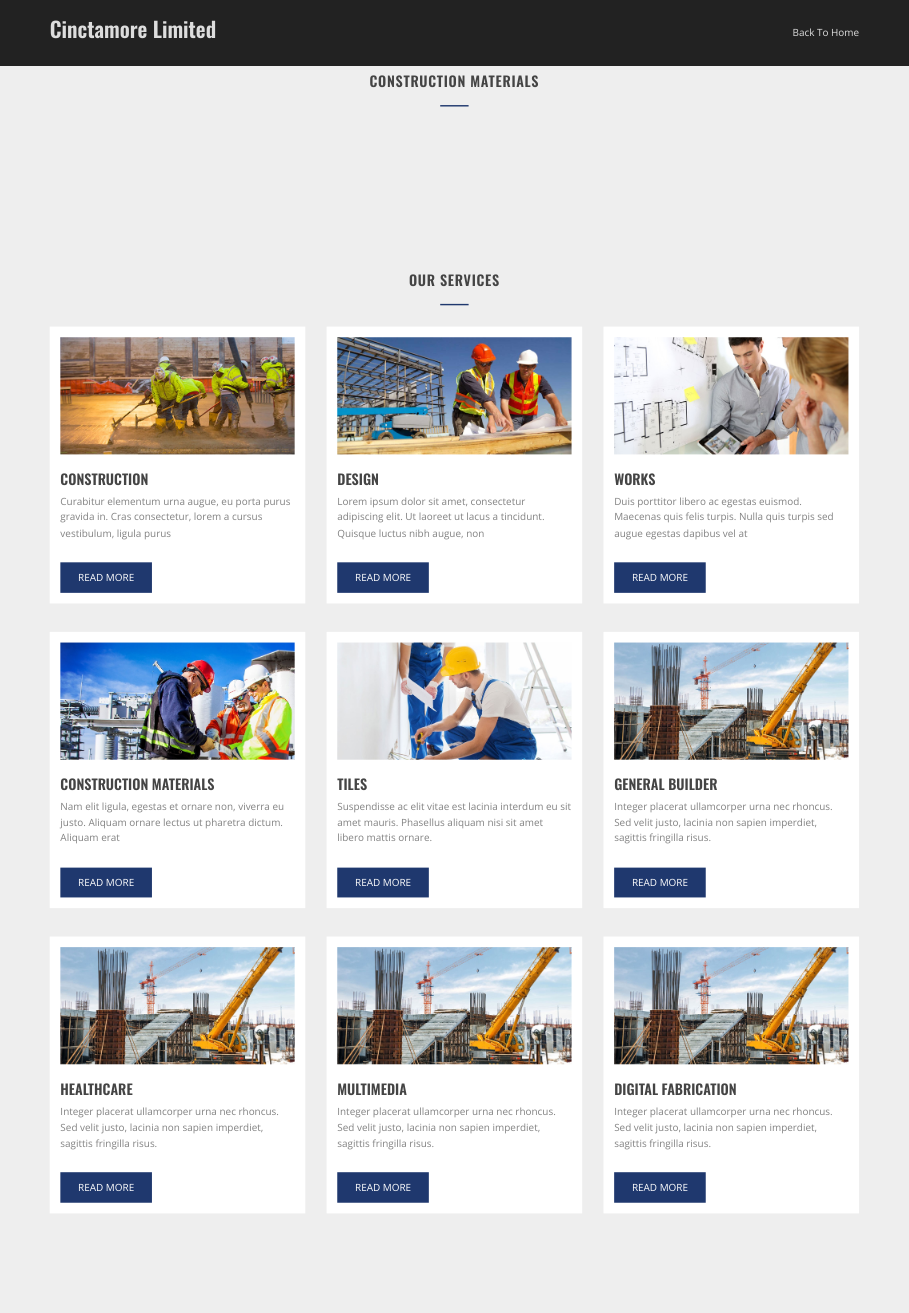
Repository: techieaccl/techieaccl.github.io
Page: construction-materials.html
The author's editor kept a copy of each file at every save. The page is drawn from the files as they stood at one save, then again after the next save.
The browser window is 1280 px wide. The pictures show the whole page, at 71% of full size.
Some web fonts or font styles are not loaded; a fallback is used.

Above is the page before, as saved 2021-09-07 08:55:28.

### construction-materials.html
<!DOCTYPE html>
<html>
    <head>
		<title>Construction Materials</title>
		<meta charset="utf-8">
		<meta name="viewport" content="width=device-width, initial-scale=1.0, maximum-scale=1.0, user-scalable=no">
		<meta name="format-detection" content="telephone=no">
		<meta name="apple-mobile-web-app-capable" content="yes">
		<!-- Fonts-->
		<link rel="stylesheet" type="text/css" href="assets/fonts/fontawesome/font-awesome.min.css">
		<link rel="stylesheet" type="text/css" href="assets/fonts/pe-icon/pe-icon.css">
		<!-- Vendors-->
		<link rel="stylesheet" type="text/css" href="assets/vendors/bootstrap/grid.css">
		<link rel="stylesheet" type="text/css" href="assets/vendors/magnific-popup/magnific-popup.min.css">
		<link rel="stylesheet" type="text/css" href="assets/vendors/swiper/swiper.css">
		<!-- App & fonts-->
		<link rel="stylesheet" type="text/css" href="https://fonts.googleapis.com/css?family=Open+Sans:400,700|Oswald:400,600|Playfair+Display:400i">
		<link rel="stylesheet" type="text/css" href="assets/css/main.css"><!--[if lt IE 9]>
			<script src="https://oss.maxcdn.com/libs/html5shiv/3.7.0/html5shiv.js"></script>
		<![endif]-->
	</head>

    <body>
                <!-- preload -->
				<div class="preload" id="preload">
					<div class="cssload-spin-box"></div>
				</div><!-- End / preload -->


        <div class="page-wrap">
            <!-- header -->
			<header class="header header-fixheight header--fixed">
				<div class="container">
					<div class="header__inner">
						<div class="header-logo">
							<!-- <a href="home.html"><img src="assets/img/logo_white.png" alt=""/></a> -->
							<h1><strong>Cinctamore Limited</strong></h1>
						</div>
						<!-- raising-menu -->
                        <ul class="raising-menu-generic">
                            <li><a href="index.html">Back To Home</a>
                            </li>
                        </ul><!-- raising-menu -->

					</div>
				</div>
			</header><!-- End / header -->

            <!-- Content-->
			<div class="md-content">
                <!-- Section -->
				<section class="md-section">
					<div class="container">
						<div class="row">
							<div class="col-lg-8 col-xs-offset-0 col-sm-offset-0 col-md-offset-0 col-lg-offset-2 ">

								<!-- sec-title -->
								<div class="sec-title sec-title__lg-title md-text-center">
									<h2 class="sec-title__title">Construction Materials</h2><span class="sec-title__divider"></span>
								</div><!-- End / sec-title -->

							</div>
						</div>
					</div>
				</section>
				<!-- End / Section -->

				<!-- Section -->
				<section class="md-section" id="id3">
					<div class="container">
						<div class="row">
							<div class="col-lg-8 col-xs-offset-0 col-sm-offset-0 col-md-offset-0 col-lg-offset-2 ">

								<!-- sec-title -->
								<div class="sec-title sec-title__lg-title md-text-center">
									<h2 class="sec-title__title">Our services</h2><span class="sec-title__divider"></span>
								</div><!-- End / sec-title -->

							</div>
						</div>
						<div class="row row-eq-height">
							<div class="col-sm-6 col-md-6 col-lg-4 ">

								<!-- services -->
								<div class="services">
									<div class="services__img"><img src="assets/img/service/1.jpg" alt=""/></div>
									<h2 class="services__title"><a href="construction.html">Construction</a></h2>
									<div class="services__desc">Curabitur elementum urna augue, eu porta purus gravida in. Cras consectetur, lorem a cursus vestibulum, ligula purus</div>

									<!-- btn -->
									<a class="btn btn btn-primary btn-custom" href="construction.html">read more
									</a><!-- End / btn -->

								</div><!-- End / services -->

							</div>
							<div class="col-sm-6 col-md-6 col-lg-4 ">

								<!-- services -->
								<div class="services">
									<div class="services__img"><img src="assets/img/service/2.jpg" alt=""/></div>
									<h2 class="services__title"><a href="design.html">Design</a></h2>
									<div class="services__desc">Lorem ipsum dolor sit amet, consectetur adipiscing elit. Ut laoreet ut lacus a tincidunt. Quisque luctus nibh augue, non</div>

									<!-- btn -->
									<a class="btn btn btn-primary btn-custom" href="design.html">read more
									</a><!-- End / btn -->

								</div><!-- End / services -->

							</div>
							<div class="col-sm-6 col-md-6 col-lg-4 ">

								<!-- services -->
								<div class="services">
									<div class="services__img"><img src="assets/img/service/3.jpg" alt=""/></div>
									<h2 class="services__title"><a href="works.html">Works</a></h2>
									<div class="services__desc">Duis porttitor libero ac egestas euismod. Maecenas quis felis turpis. Nulla quis turpis sed augue egestas dapibus vel at</div>

									<!-- btn -->
									<a class="btn btn btn-primary btn-custom" href="works.html">read more
									</a><!-- End / btn -->

								</div><!-- End / services -->

							</div>
							<div class="col-sm-6 col-md-6 col-lg-4 ">

								<!-- services -->
								<div class="services">
									<div class="services__img"><img src="assets/img/service/4.jpg" alt=""/></div>
									<h2 class="services__title"><a href="construction-materials.html">Construction Materials</a></h2>
									<div class="services__desc">Nam elit ligula, egestas et ornare non, viverra eu justo. Aliquam ornare lectus ut pharetra dictum. Aliquam erat</div>

									<!-- btn -->
									<a class="btn btn btn-primary btn-custom" href="construction-materials.html">read more
									</a><!-- End / btn -->

								</div><!-- End / services -->

							</div>
							<div class="col-sm-6 col-md-6 col-lg-4 ">

								<!-- services -->
								<div class="services">
									<div class="services__img"><img src="assets/img/service/5.jpg" alt=""/></div>
									<h2 class="services__title"><a href="tiles.html">Tiles</a></h2>
									<div class="services__desc">Suspendisse ac elit vitae est lacinia interdum eu sit amet mauris. Phasellus aliquam nisi sit amet libero mattis ornare.</div>

									<!-- btn -->
									<a class="btn btn btn-primary btn-custom" href="tiles.html">read more
									</a><!-- End / btn -->

								</div><!-- End / services -->

							</div>
							<div class="col-sm-6 col-md-6 col-lg-4 ">

								<!-- services -->
								<div class="services">
									<div class="services__img"><img src="assets/img/service/6.jpg" alt=""/></div>
									<h2 class="services__title"><a href="general-builder.html">General Builder</a></h2>
									<div class="services__desc">Integer placerat ullamcorper urna nec rhoncus. Sed velit justo, lacinia non sapien imperdiet, sagittis fringilla risus.</div>

									<!-- btn -->
									<a class="btn btn btn-primary btn-custom" href="general-builder.html">read more
									</a><!-- End / btn -->

								</div><!-- End / services -->

							</div>
							<div class="col-sm-6 col-md-6 col-lg-4 ">

								<!-- services -->
								<div class="services">
									<div class="services__img"><img src="assets/img/service/6.jpg" alt=""/></div>
									<h2 class="services__title"><a href="healthcare.html">HealthCare</a></h2>
									<div class="services__desc">Integer placerat ullamcorper urna nec rhoncus. Sed velit justo, lacinia non sapien imperdiet, sagittis fringilla risus.</div>

									<!-- btn -->
									<a class="btn btn btn-primary btn-custom" href="healthcare.html">read more
									</a><!-- End / btn -->

								</div><!-- End / services -->

							</div>
							<div class="col-sm-6 col-md-6 col-lg-4 ">

								<!-- services -->
								<div class="services">
									<div class="services__img"><img src="assets/img/service/6.jpg" alt=""/></div>
									<h2 class="services__title"><a href="multimedia.html">MultiMedia</a></h2>
									<div class="services__desc">Integer placerat ullamcorper urna nec rhoncus. Sed velit justo, lacinia non sapien imperdiet, sagittis fringilla risus.</div>

									<!-- btn -->
									<a class="btn btn btn-primary btn-custom" href="multimedia.html">read more
									</a><!-- End / btn -->

								</div><!-- End / services -->

							</div>
							<div class="col-sm-6 col-md-6 col-lg-4 ">

								<!-- services -->
								<div class="services">
									<div class="services__img"><img src="assets/img/service/6.jpg" alt=""/></div>
									<h2 class="services__title"><a href="digital-fabrication.html">Digital Fabrication</a></h2>
									<div class="services__desc">Integer placerat ullamcorper urna nec rhoncus. Sed velit justo, lacinia non sapien imperdiet, sagittis fringilla risus.</div>

									<!-- btn -->
									<a class="btn btn btn-primary btn-custom" href="digital-fabrication.html">read more
									</a><!-- End / btn -->

								</div><!-- End / services -->

							</div>
						</div>
					</div>
				</section>
				<!-- End / Section -->
            </div>
			<!-- End / Content-->
        </div>
    </body>
</html>

Loaded but not shown: assets/fonts/fontawesome/font-awesome.min.css (library); assets/fonts/pe-icon/pe-icon.css (common file); assets/vendors/bootstrap/grid.css (library); assets/vendors/magnific-popup/magnific-popup.min.css (library); assets/vendors/swiper/swiper.css (library); assets/css/main.css (4043 lines, source omitted)

After the next save:
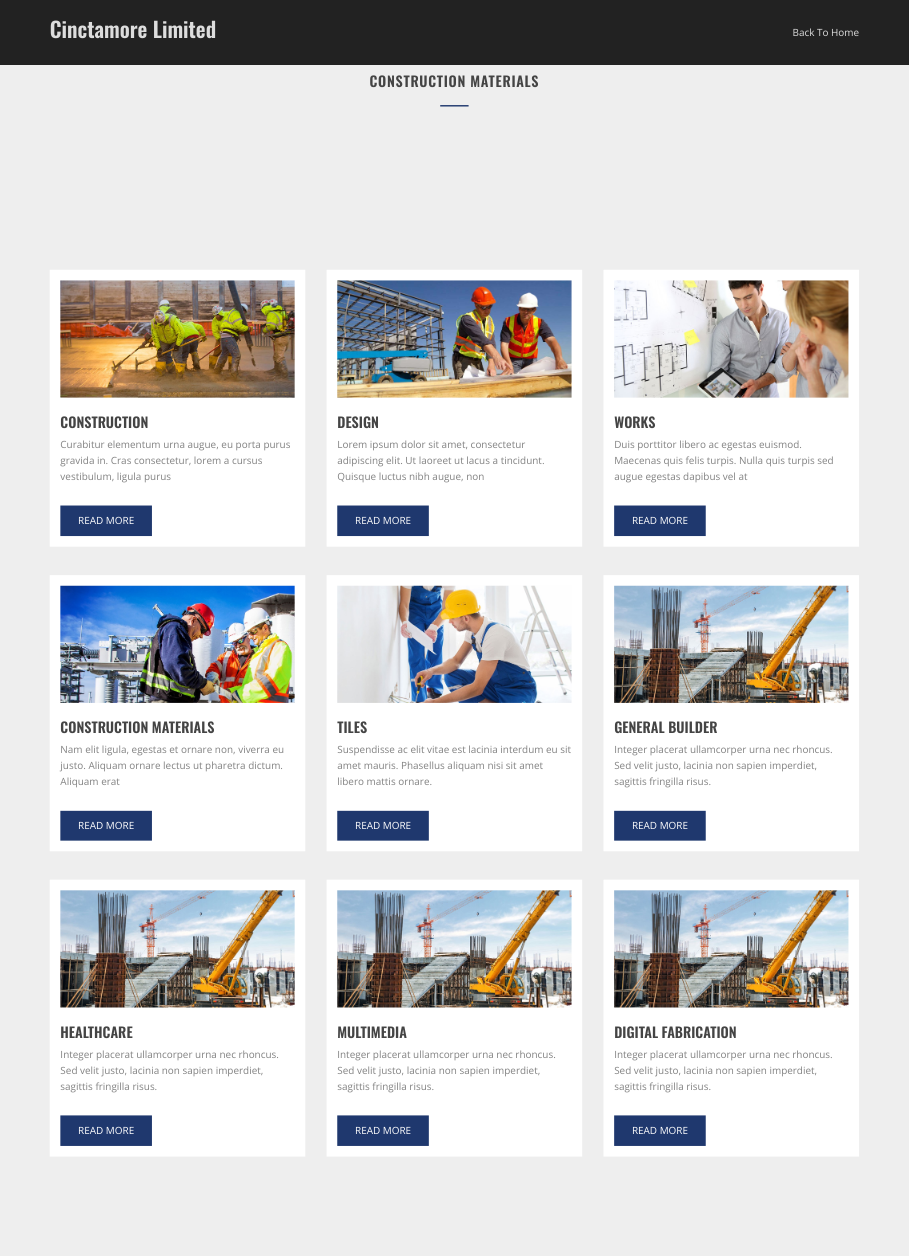
Saved 33 s later.
--- a/construction-materials.html
+++ b/construction-materials.html
@@ -68,16 +68,6 @@
 				<!-- Section -->
 				<section class="md-section" id="id3">
 					<div class="container">
-						<div class="row">
-							<div class="col-lg-8 col-xs-offset-0 col-sm-offset-0 col-md-offset-0 col-lg-offset-2 ">
-
-								<!-- sec-title -->
-								<div class="sec-title sec-title__lg-title md-text-center">
-									<h2 class="sec-title__title">Our services</h2><span class="sec-title__divider"></span>
-								</div><!-- End / sec-title -->
-
-							</div>
-						</div>
 						<div class="row row-eq-height">
 							<div class="col-sm-6 col-md-6 col-lg-4 ">
 
